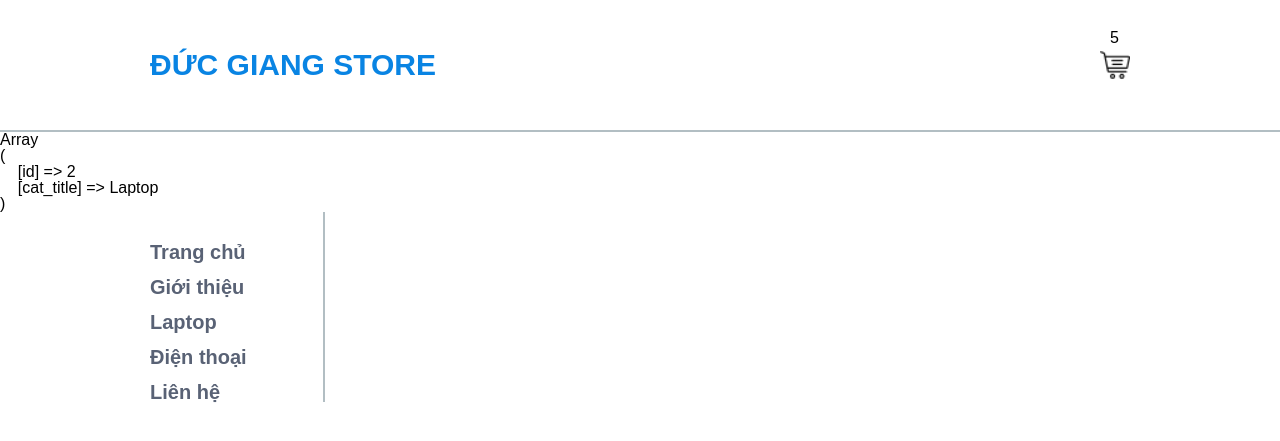
Repository: Giangattt123/PHP
Page: http://localhost/?mod=product&act=main&cat_id=2
An editor plug-in stored every save of this project. The page is shown before and after the next save, followed by the edit.
The browser window is 1280 px wide. The pictures show the whole page.
Some web libraries are served in a nearby version. The page is run by PHP 8.4 with error messages shown; the project is at /var/www/html/.

Above is the page before, as saved 2023-03-20 14:19:37.
Console error: TypeError: Cannot read properties of null (reading 'addEventListener')

After the next save:
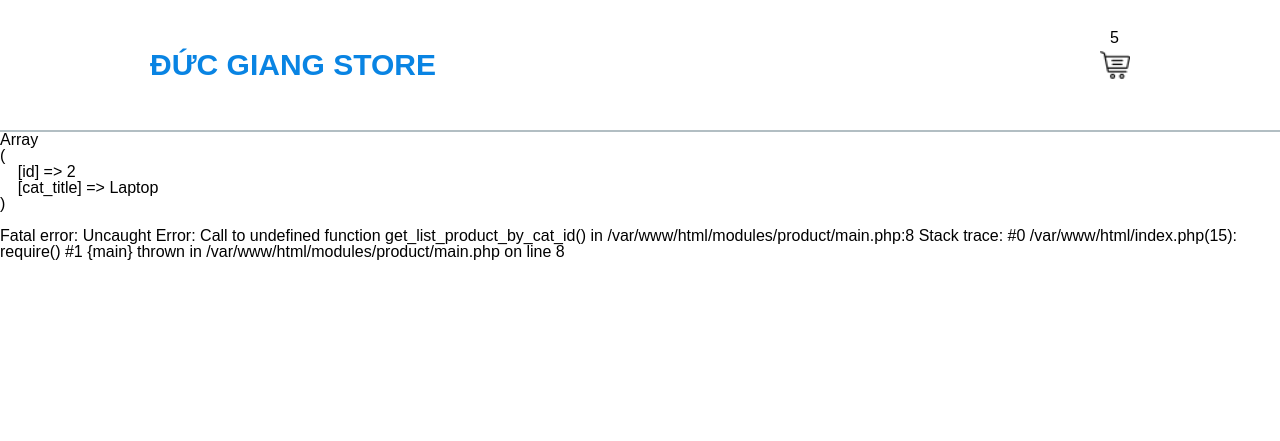
Saved 8 min 7 s later.
--- a/PHP_Shopping-Cart/Shopping_Cart/modules/product/main.php
+++ b/PHP_Shopping-Cart/Shopping_Cart/modules/product/main.php
@@ -4,11 +4,13 @@
    # Lấy thông tin danh mục
     $info_cat = get_info_cat($cat_id);
     show_array($info_cat);
-   # Lấy danh sách bài viết
+    # Lấy danh sách bài viết
+    $list_item = get_list_product_by_cat_id($cat_id);
 ?>
 <div class="content">
     <div class="content-container">
         <?php get_sidebar(); ?>
+        <!-- dữ liệu về sản phẩm -->
         <div class="menu-content">
 
         </div>
